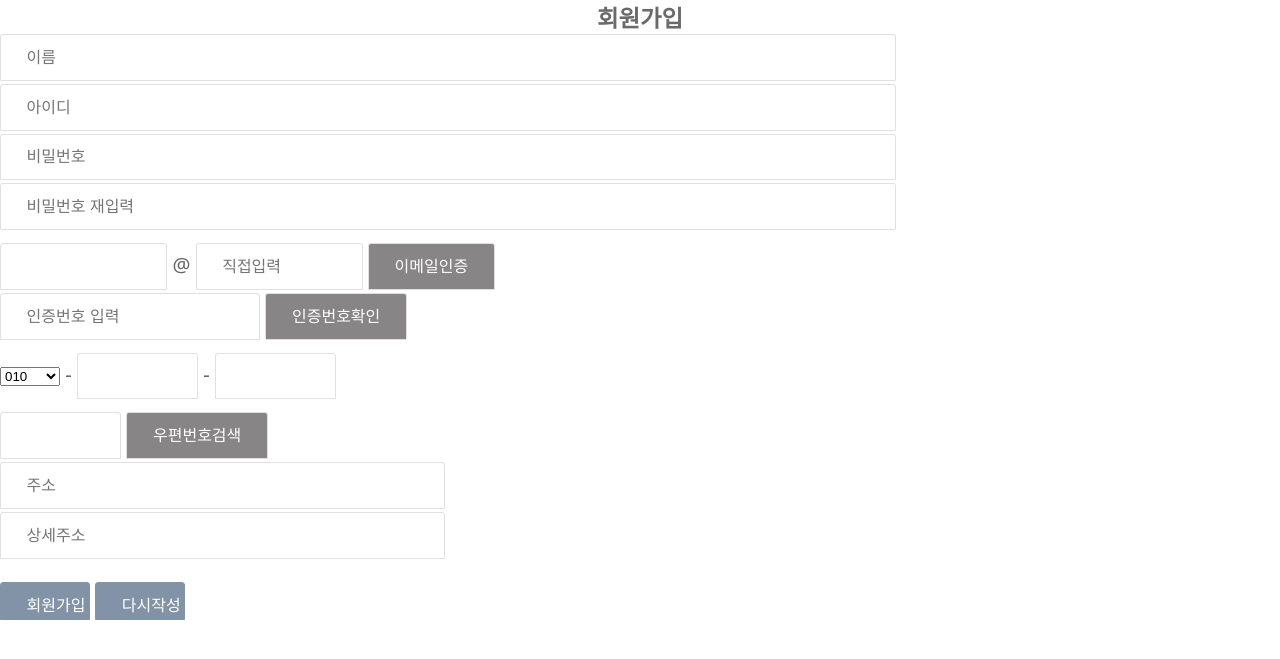
Repository: keepsus/gaebokchi
Page: http://localhost/uzuslime/member/memberWriteForm.jsp
These files come from the project's save history. The page is drawn as it stood at one moment and after the next save; the edit follows.
The browser window is 1280 px wide. The pictures show the whole page.
Some web fonts or font styles are not loaded; a fallback is used. The page is served by Tomcat 9. Nobody is signed in. The application's start-up code is not run.

Above is the page before, as saved 2021-02-12 11:25:22.

After the next save:
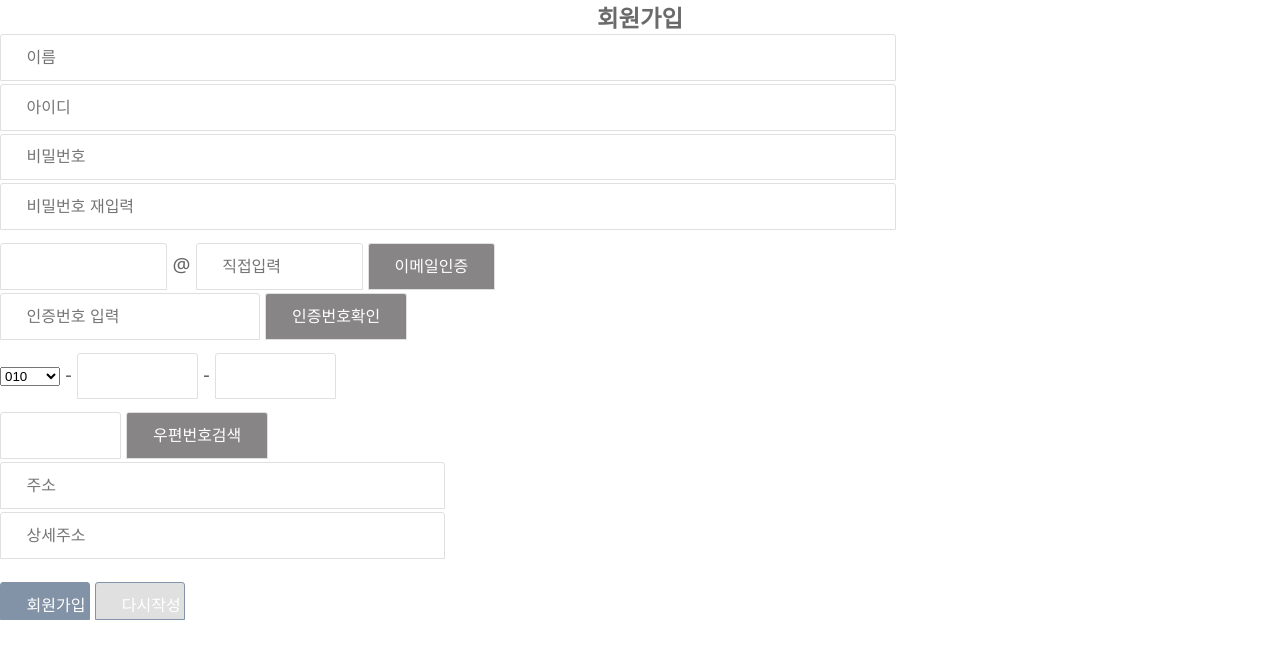
Saved 5 min 53 s later.
--- a/uzuslime/src/main/webapp/member/memberWriteForm.jsp
+++ b/uzuslime/src/main/webapp/member/memberWriteForm.jsp
@@ -80,7 +80,7 @@
 
 	    <div class="signUp-btn-box" style="margin-top:20px; margin-bottom:10px;">
 	        <input type="button" id="writeBtn" class="writeBtn" value="회원가입">
-	        <input type="reset" value="다시작성">
+	        <input type="reset" class="cancleBtn" value="다시작성" style="    background-color: #e0e0e0;">
 	    </div>
 	</article>
 

After the save that followed:
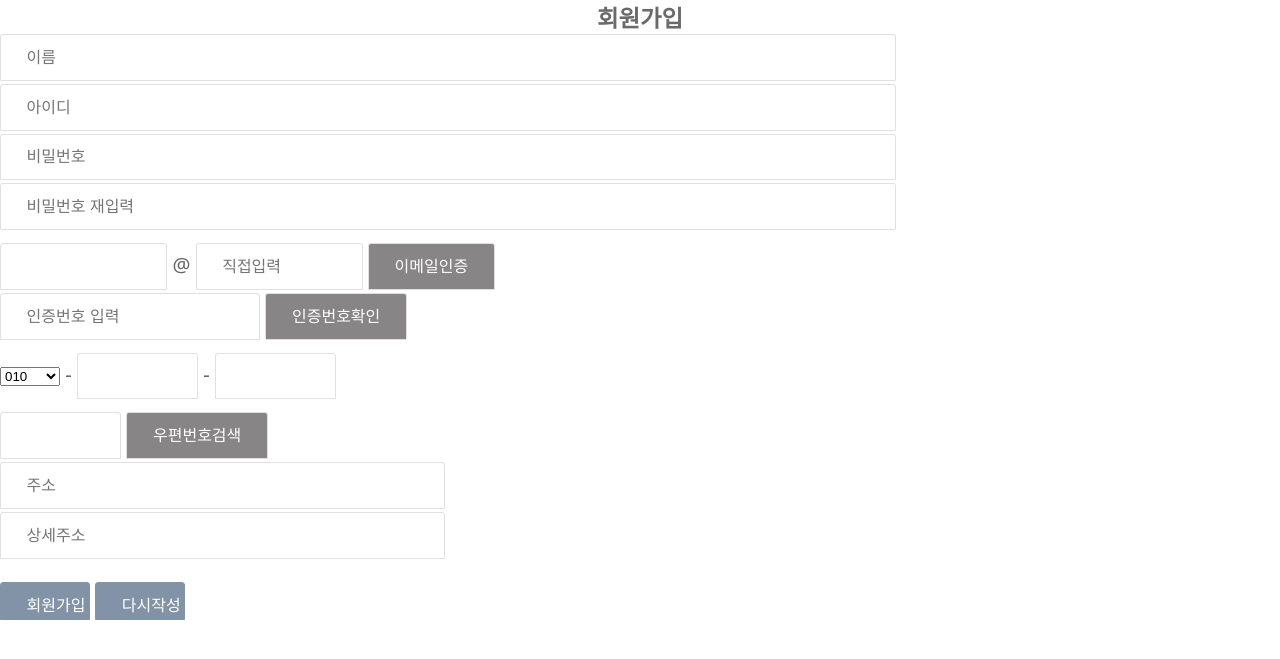
Saved 29 s later.
--- a/uzuslime/src/main/webapp/member/memberWriteForm.jsp
+++ b/uzuslime/src/main/webapp/member/memberWriteForm.jsp
@@ -80,7 +80,7 @@
 
 	    <div class="signUp-btn-box" style="margin-top:20px; margin-bottom:10px;">
 	        <input type="button" id="writeBtn" class="writeBtn" value="회원가입">
-	        <input type="reset" class="cancleBtn" value="다시작성" style="    background-color: #e0e0e0;">
+	        <input type="reset" class="cancleBtn" value="다시작성">
 	    </div>
 	</article>
 
